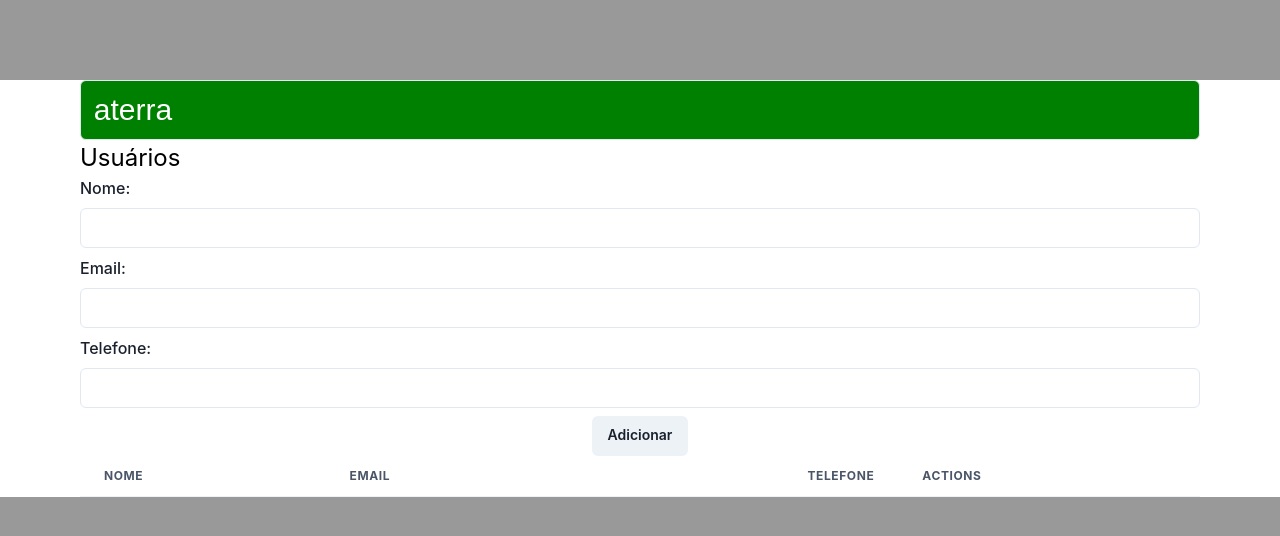
Repository: renan-oliveira93/CRUD-ATERRA
Page: /
An editor plug-in stored every save of this project. The page is shown before and after the next save, followed by the edit.
The browser window is 1280 px wide. The pictures show the whole page.
The page's requests for data from a server got no answer. The project was rebuilt for these pictures with package versions that can differ from the ones it lists, and the page was loaded fresh each time. The framework's server and built-in components were replaced by stand-ins that run in the browser. No one was signed in, and anything a server would have sent is missing. Also part of the build but not shown: next.config.js.

Above is the page before, as saved 2022-02-02 23:26:37.

After the next save:
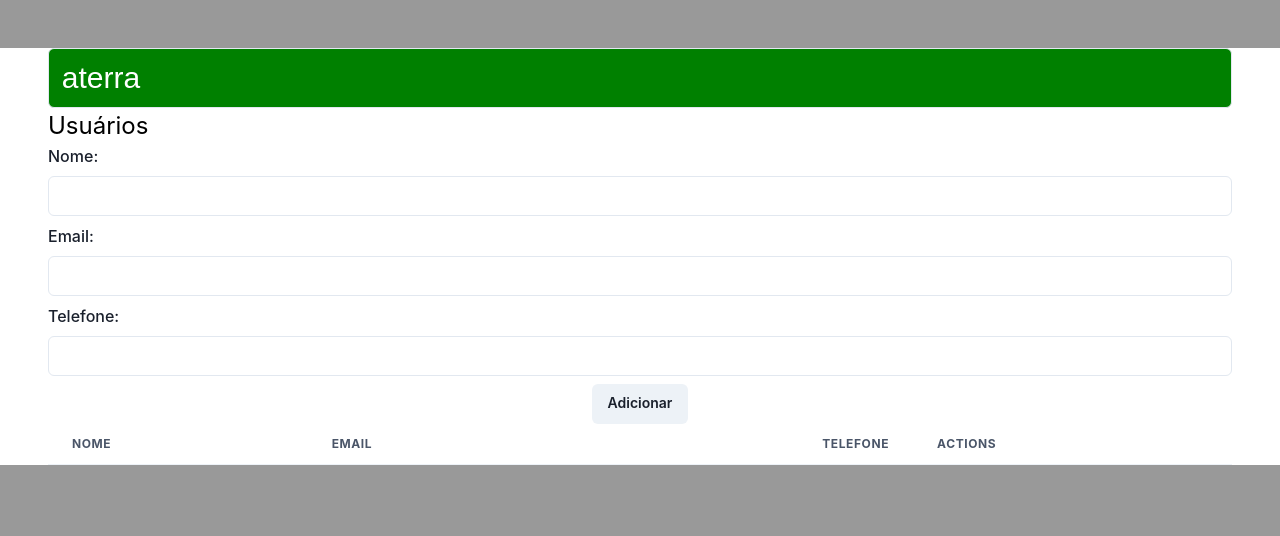
Saved 29 s later.
--- a/pages/index.js
+++ b/pages/index.js
@@ -114,7 +114,7 @@ export default function Home() {
   }
 
   return (
-    <Box margin='5rem' >
+    <Box margin='3rem' >
       <Menu>
           <MenuItem
             fontFamily={'sans-serif'}
